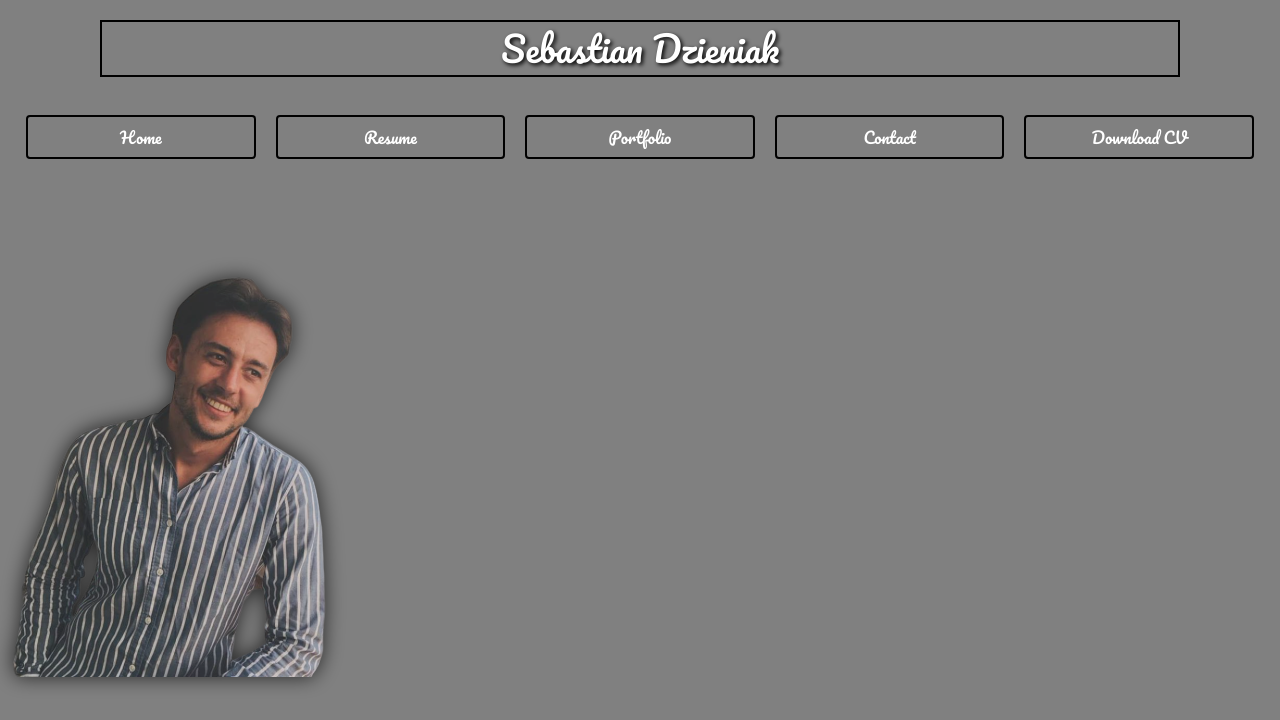
Repository: Code-Institute-Submissions/sebson1990-portfolio.sebastian
Page: index.html
The author's editor kept a record of every edit. The page is drawn from the files as they stood at one moment, then again after the next edit.
The browser window is 1280 px wide. The pictures show the whole page.

Above is the page before.

After the next edit:
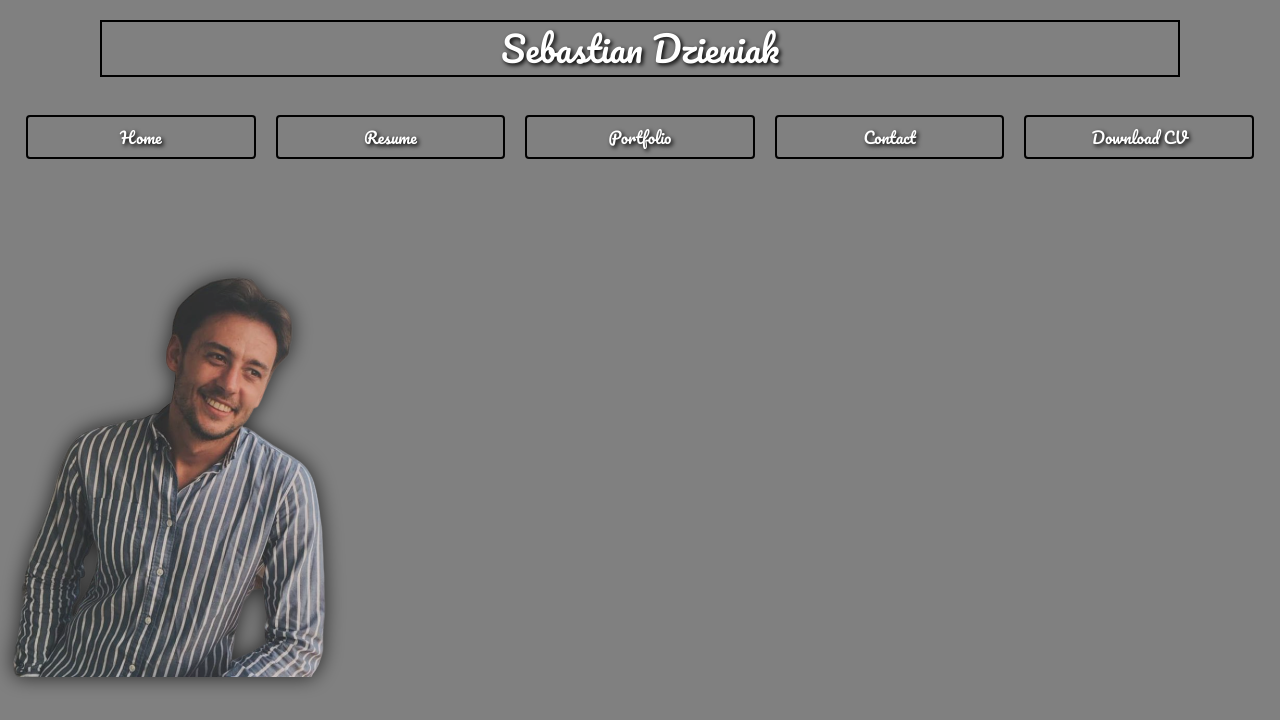
The edit:
--- a/css/style.css
+++ b/css/style.css
@@ -26,7 +26,11 @@
     font-weight: 400;
     color: white;
     border: 2px solid black;
+    text-shadow: 2px 2px 4px #000000;
+}
 
+.menu-item: hover {
+    background-color: black;
 }
 
 .navbar {
